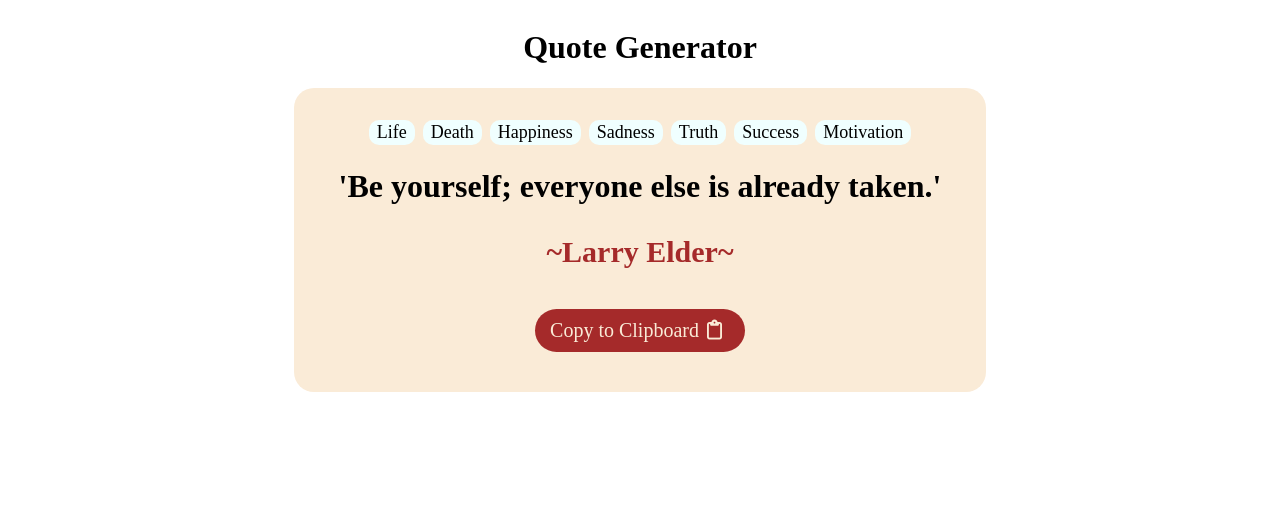
Repository: moehaymanmyint/Random-Quote-Generator
Page: index.html
The author's editor kept a copy of each file at every save. The page is drawn from the files as they stood at one save, then again after the next save.
The browser window is 1280 px wide. The pictures show the whole page.
Some web fonts or font styles are not loaded; a fallback is used. Some web libraries are served in a nearby version.

Above is the page before, as saved 2024-11-07 23:01:57.

After the next save:
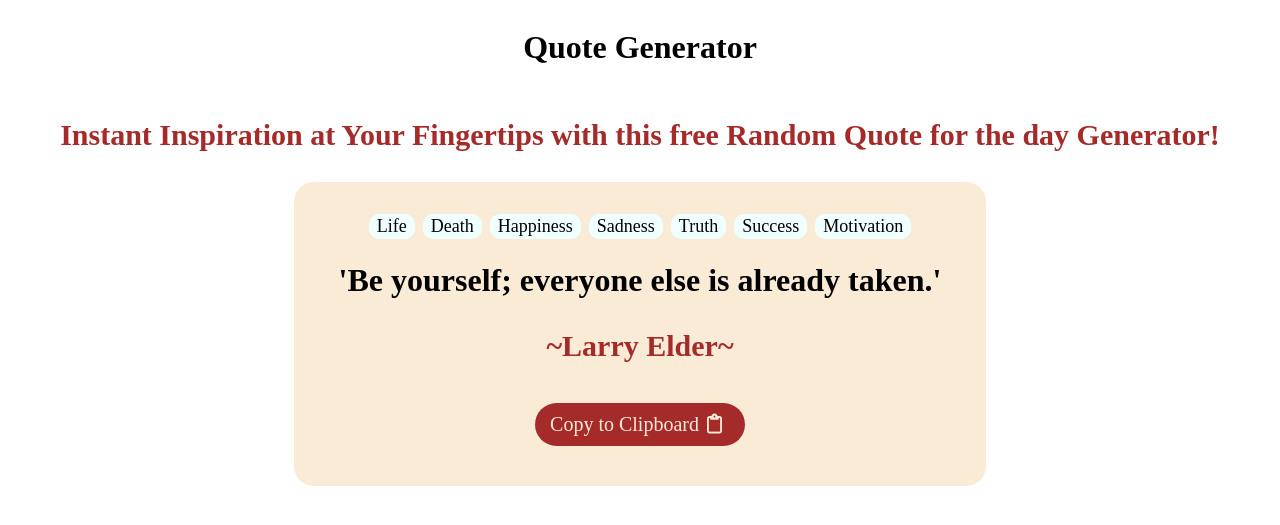
Saved 4 min 29 s later.
--- a/index.html
+++ b/index.html
@@ -11,6 +11,7 @@
 <body>
     <div class="container">
         <h1>Quote Generator</h1>
+        <p>Instant Inspiration at Your Fingertips with this free Random Quote for the day Generator!</p>
         <div class="quote-box">
             <div class="category">
                 <input type="button" value="Life">
